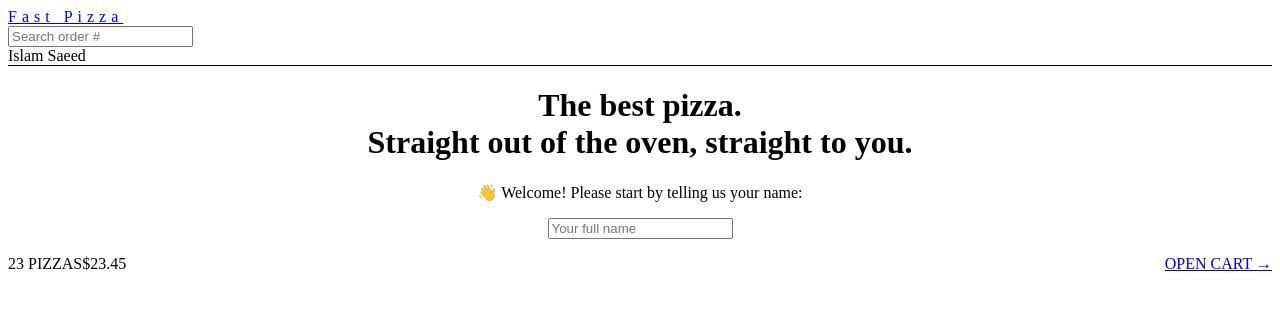
Repository: islamsaeedDev/ecommerce-cash-on-deliver-pizza-store
Page: /
The author's editor kept a copy of each file at every save. The page is drawn from the files as they stood at one save, then again after the next save.
The browser window is 1280 px wide. The pictures show the whole page.
The project was rebuilt for these pictures with package versions that can differ from the ones it lists, and the page was loaded fresh each time. Also part of the build but not shown: vite.config.js, src/ui/Error.jsx, src/services/apiRestaurant.js, src/utils/helpers.js, src/features/menu/MenuItem.jsx, src/features/menu/Menu.jsx, src/features/cart/Cart.jsx, src/features/order/Order.jsx and 1 more. Imported but missing from the stored project, and not drawn on this page: src/features/order/CreateOrder.

Above is the page before, as saved 2025-10-22 11:05:39.

After the next save:
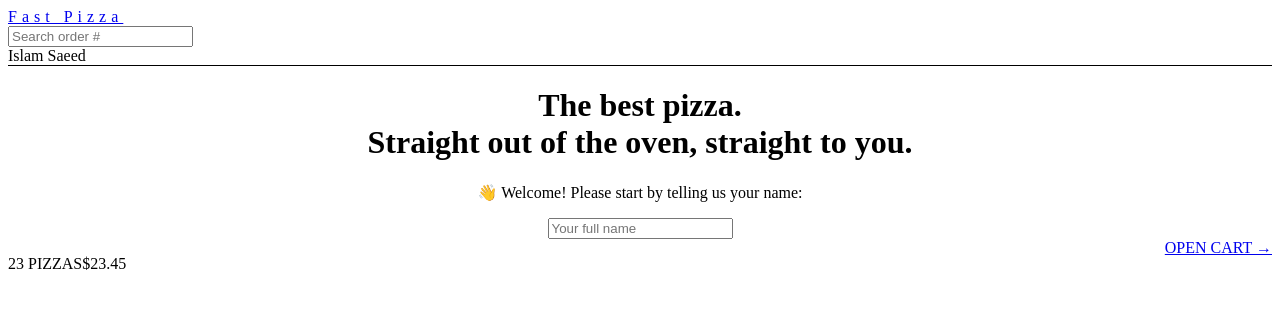
Saved 7 s later.
--- a/src/features/cart/CartOverview.jsx
+++ b/src/features/cart/CartOverview.jsx
@@ -2,7 +2,7 @@ import { Link } from 'react-router-dom';
 
 function CartOverview() {
   return (
-    <div className="flex items-center justify-between bg-stone-800 p-4 px-4 text-sm uppercase text-stone-200 sm:px-6 md:text-base">
+    <div className="flex justify-between bg-stone-800 p-4 px-4 text-sm uppercase text-stone-200 sm:px-6 md:text-base">
       <p className="space-x-4 font-semibold text-stone-300 sm:space-x-6">
         <span>23 pizzas</span>
         <span>$23.45</span>
